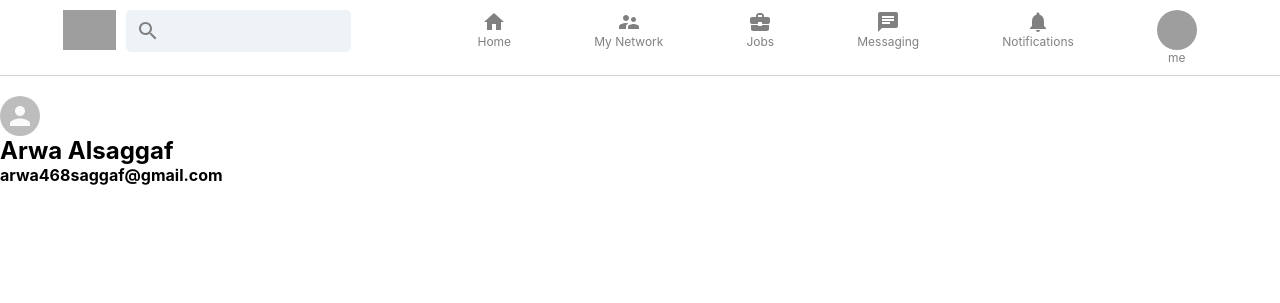
Repository: MEROO1010/linkedIn-clone-
Page: /
The author's editor kept a copy of each file at every save. The page is drawn from the files as they stood at one save, then again after the next save.
The browser window is 1280 px wide. The pictures show the whole page.
Pictures or frames that could not be fetched are drawn as grey boxes. The project was rebuilt for these pictures with package versions that can differ from the ones it lists, and the page was loaded fresh each time. Also part of the build but not shown: src/App.css, src/Sidebar.css.

Above is the page before, as saved 2023-11-30 12:50:31.

After the next save:
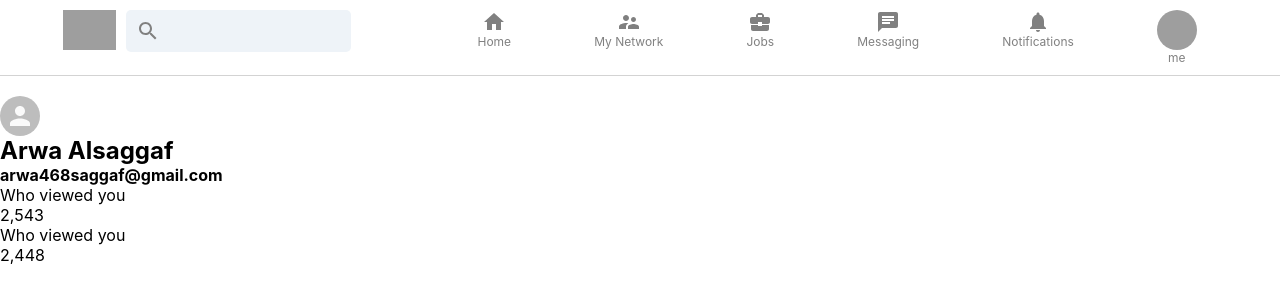
Saved 10 min 5 s later.
--- a/src/Sidebar.js
+++ b/src/Sidebar.js
@@ -11,6 +11,17 @@
         <h2>Arwa Alsaggaf</h2>
         <h4>arwa468saggaf@gmail.com</h4>
       </div>
+
+      <div className="sidebar__stats">
+        <div className="sidebar__stat">
+            <p>Who viewed you</p>
+            <p className="sidebar__statNumber">2,543</p>
+        </div>
+        <div className="sidebar__stat">
+        <p>Who viewed you</p>
+            <p className="sidebar__statNumber">2,448</p>
+        </div>
+      </div>
     </div>
   )
 }
